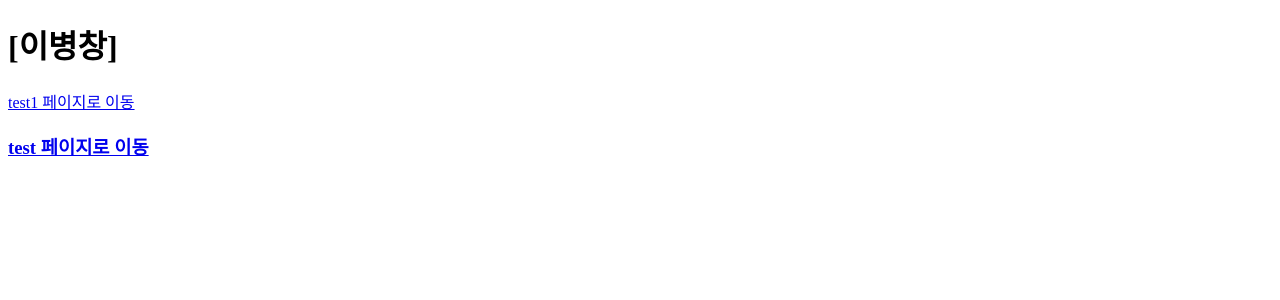
Repository: BC215/web-workspace
Page: 01_dynamicproject/src/main/webapp/index.html
The author's editor kept a copy of each file at every save. The page is drawn from the files as they stood at one save, then again after the next save.
The browser window is 1280 px wide. The pictures show the whole page.

Above is the page before, as saved 2026-02-12 02:14:55.

After the next save:
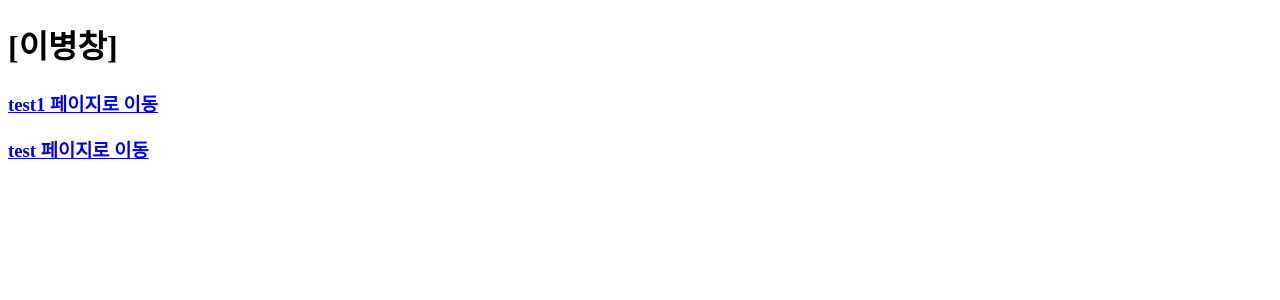
Saved 92 s later.
--- a/01_dynamicproject/src/main/webapp/index.html
+++ b/01_dynamicproject/src/main/webapp/index.html
@@ -6,7 +6,7 @@
 </head>
 <body>
 <h1>[이병창]</h1>
-<a href="html/test1.html">test1 페이지로 이동</a><br>
+<h3><a href="html/test1.html">test1 페이지로 이동</a></h3>
 <h3><a href="test.html">test 페이지로 이동</a></h3>
 
 </body>
